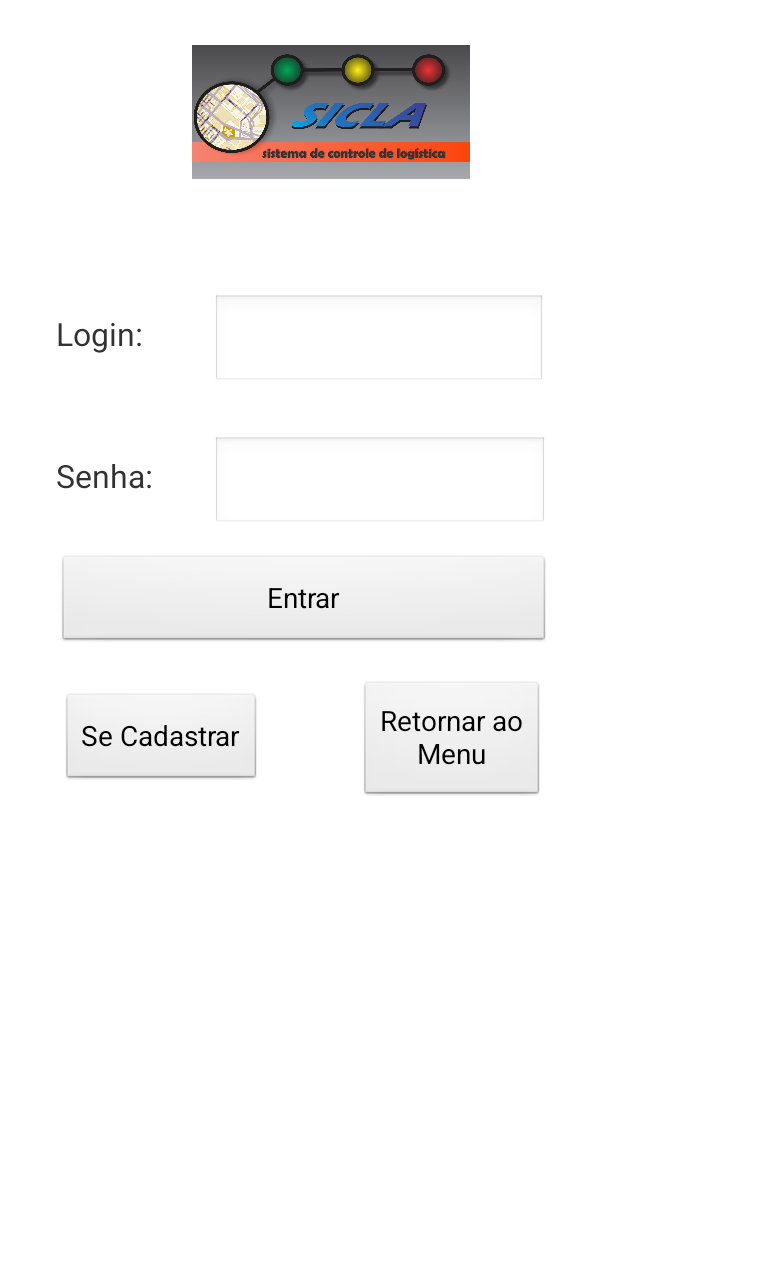
Repository: danielpedroza/SICLA
Layout: Sicla/res/layout/logincliente.xml
The author's editor kept a copy of each file at every save. The layout is drawn from the files as they stood at one save, then again after the next save.
It is drawn on a 768 x 1280 px phone screen (xhdpi) without system bars, with theme AppTheme; the app's code is not run.

Above is the layout before, as saved 2013-07-06 08:11:30.

After the next save:
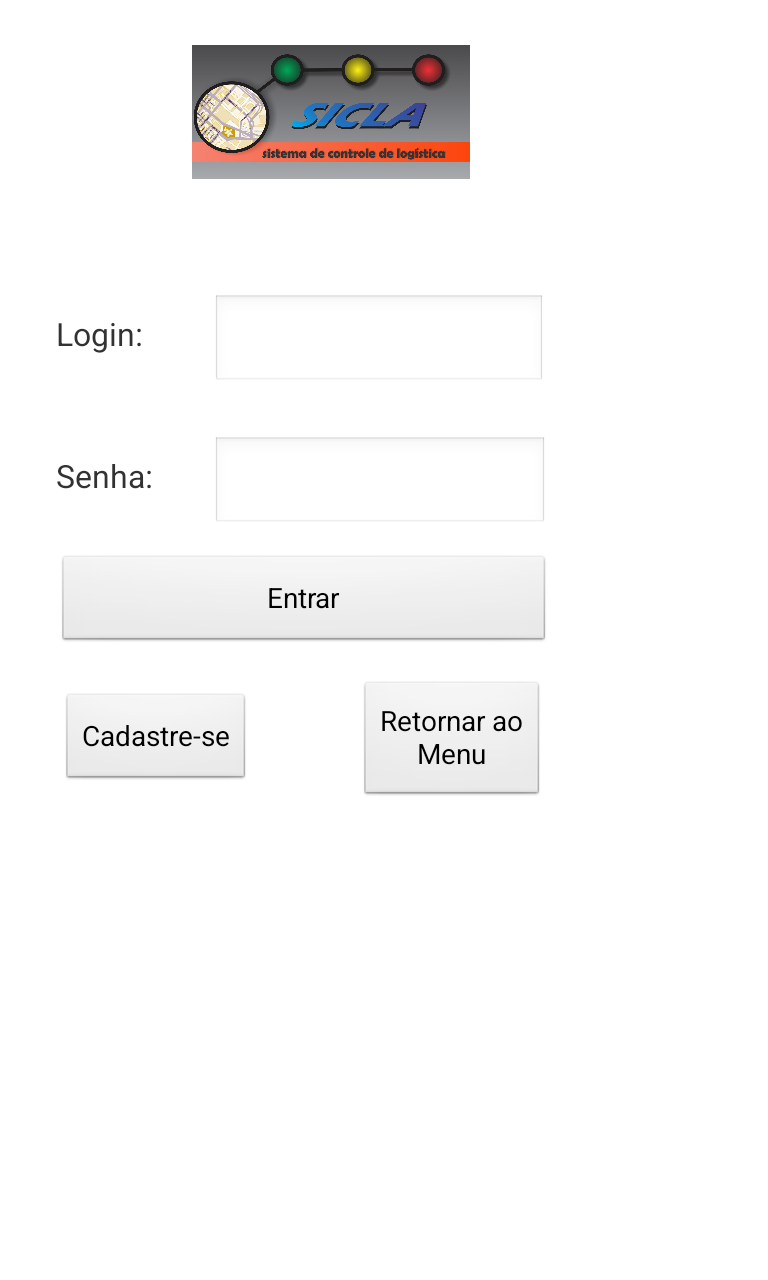
Saved 79 s later.
--- a/Sicla/res/layout/logincliente.xml
+++ b/Sicla/res/layout/logincliente.xml
@@ -87,7 +87,8 @@
             android:layout_height="wrap_content"
             android:layout_x="14dp"
             android:layout_y="330dp"
-            android:text="Se Cadastrar" />
+            android:text="Cadastre-se"
+            android:onClick="cadastrocliente" />
 
     </AbsoluteLayout>
 
